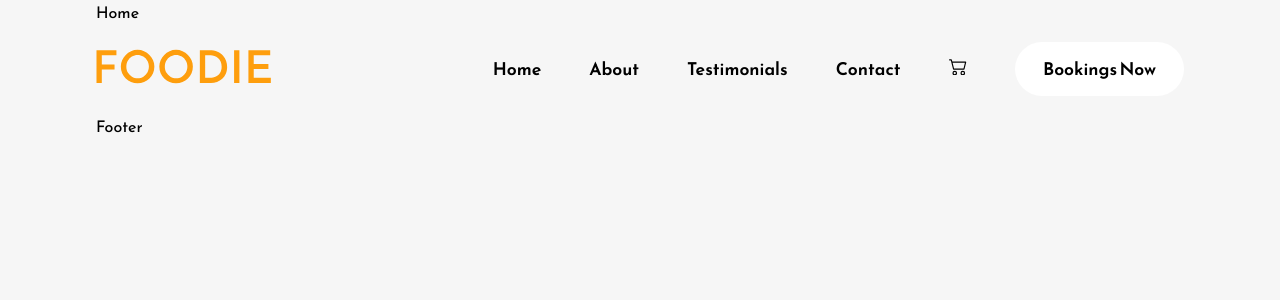
Repository: Abdo-Hosni123/graduation_project
Page: /
An editor plug-in stored every save of this project. The page is shown before and after the next save, followed by the edit.
The browser window is 1280 px wide. The pictures show the whole page.
The project was rebuilt for these pictures with package versions that can differ from the ones it lists, and the page was loaded fresh each time. Imported but missing from the stored project, and not drawn on this page: src/Components/Work.

Above is the page before, as saved 2023-11-25 21:27:26.

### public/index.html
<!DOCTYPE html>
<html lang="en">
  <head>
    <meta charset="utf-8" />
    <link rel="icon" href="%PUBLIC_URL%/favicon.ico" />
    <meta name="viewport" content="width=device-width, initial-scale=1" />
    <meta name="theme-color" content="#000000" />
    <meta
      name="description"
      content="Web site created using create-react-app"
    />
    <link rel="apple-touch-icon" href="%PUBLIC_URL%/logo192.png" />

    <link rel="manifest" href="%PUBLIC_URL%/manifest.json" />
    <link rel="preconnect" href="https://fonts.googleapis.com" />
    <link rel="preconnect" href="https://fonts.gstatic.com" crossorigin />
    <link
      href="https://fonts.googleapis.com/css2?family=Reem+Kufi:wght@400;500;600;700&display=swap"
      rel="stylesheet"
    />

    <title>React App</title>
  </head>
  <body>
    <noscript>You need to enable JavaScript to run this app.</noscript>
    <div id="root"></div>
  </body>
</html>

### src/App.js
import './App.css';
import Home from './Components/Home';
import About from './Components/About';

import Testmonial from './Components/Testmonial';
import Work from './Components/Work';
import Footer from './Components/Footer';
import Contact from './Components/Contact';


function App() {
  return (
    <div className="App">
      <Home/>
      <About/>
      <Testmonial/>
      <Footer/>
      <Contact/>
    </div>
  );
}

export default App;

### src/Components/Home.js
import React from 'react'
import NavBar from './Navbar'

const Home = () => {
  return (
    <div>Home
        <NavBar/>
    </div>
  )
}

export default Home

### src/Components/About.js
import React from 'react'

const About = () => {
  return (
    <div></div>
  )
}
export default About

### src/Components/Testmonial.js
import React from 'react'

const Testmonial = () => {
  return (
    <div></div>
  )
}

export default Testmonial

### src/Components/Contact.js
import React from 'react'

const Contact = () => {
  return (
    <div></div>
  )
}

export default Contact;

### src/Components/Navbar.js
/* eslint-disable jsx-a11y/anchor-is-valid */
import React, { useState } from "react";
import Logo from "../Assets/Logo.svg";
import { BsCart2 } from "react-icons/bs";
import { HiOutlineBars3 } from "react-icons/hi2";
import Box from "@mui/material/Box";
import Drawer from "@mui/material/Drawer";
import List from "@mui/material/List";
import Divider from "@mui/material/Divider";
import ListItem from "@mui/material/ListItem";
import ListItemButton from "@mui/material/ListItemButton";
import ListItemIcon from "@mui/material/ListItemIcon";
import ListItemText from "@mui/material/ListItemText";
import HomeIcon from "@mui/icons-material/Home";
import InfoIcon from "@mui/icons-material/Info";
import CommentRoundedIcon from "@mui/icons-material/CommentRounded";
import PhoneRoundedIcon from "@mui/icons-material/PhoneRounded";
import ShoppingCartRoundedIcon from "@mui/icons-material/ShoppingCartRounded";

const Navbar = () => {
  const [openMenu, setOpenMenu] = useState(false);
  const menuOptions = [
    {
      text: "Home",
      icon: <HomeIcon />,
    },
    {
      text: "About",
      icon: <InfoIcon />,
    },
    {
      text: "Testimonials",
      icon: <CommentRoundedIcon />,
    },
    {
      text: "Contact",
      icon: <PhoneRoundedIcon />,
    },
    {
      text: "Cart",
      icon: <ShoppingCartRoundedIcon />,
    },
  ];
  return (
    <nav>
      <div className="nav-logo-container">
        <img src={Logo} alt="" />
      </div>
      <div className="navbar-links-container">
        <a href="">Home</a>
        <a href="">About</a>
        <a href="">Testimonials</a>
        <a href="">Contact</a>
        <a href="">
          <BsCart2 className="navbar-cart-icon" />
        </a>
        <button className="primary-button">Bookings Now</button>
      </div>
      <div className="navbar-menu-container">
        <HiOutlineBars3 onClick={() => setOpenMenu(true)} />
      </div>
      <Drawer open={openMenu} onClose={() => setOpenMenu(false)} anchor="right">
        <Box
          sx={{ width: 250 }}
          role="presentation"
          onClick={() => setOpenMenu(false)}
          onKeyDown={() => setOpenMenu(false)}
        >
          <List>
            {menuOptions.map((item) => (
              <ListItem key={item.text} disablePadding>
                <ListItemButton>
                  <ListItemIcon>{item.icon}</ListItemIcon>
                  <ListItemText primary={item.text} />
                </ListItemButton>
              </ListItem>
            ))}
          </List>
          <Divider />
        </Box>
      </Drawer>
    </nav>
  );
};

export default Navbar;

Loaded but not shown: src/index.js (common file); src/App.css (common file); src/Components/Footer.js (common file)

After the next save:
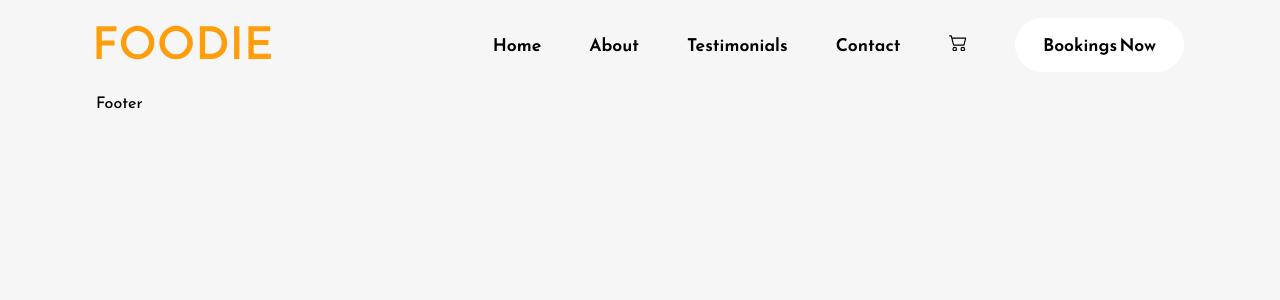
Saved 15 s later.
--- a/src/Components/Home.js
+++ b/src/Components/Home.js
@@ -3,7 +3,7 @@ import NavBar from './Navbar'
 
 const Home = () => {
   return (
-    <div>Home
+    <div>
         <NavBar/>
     </div>
   )
